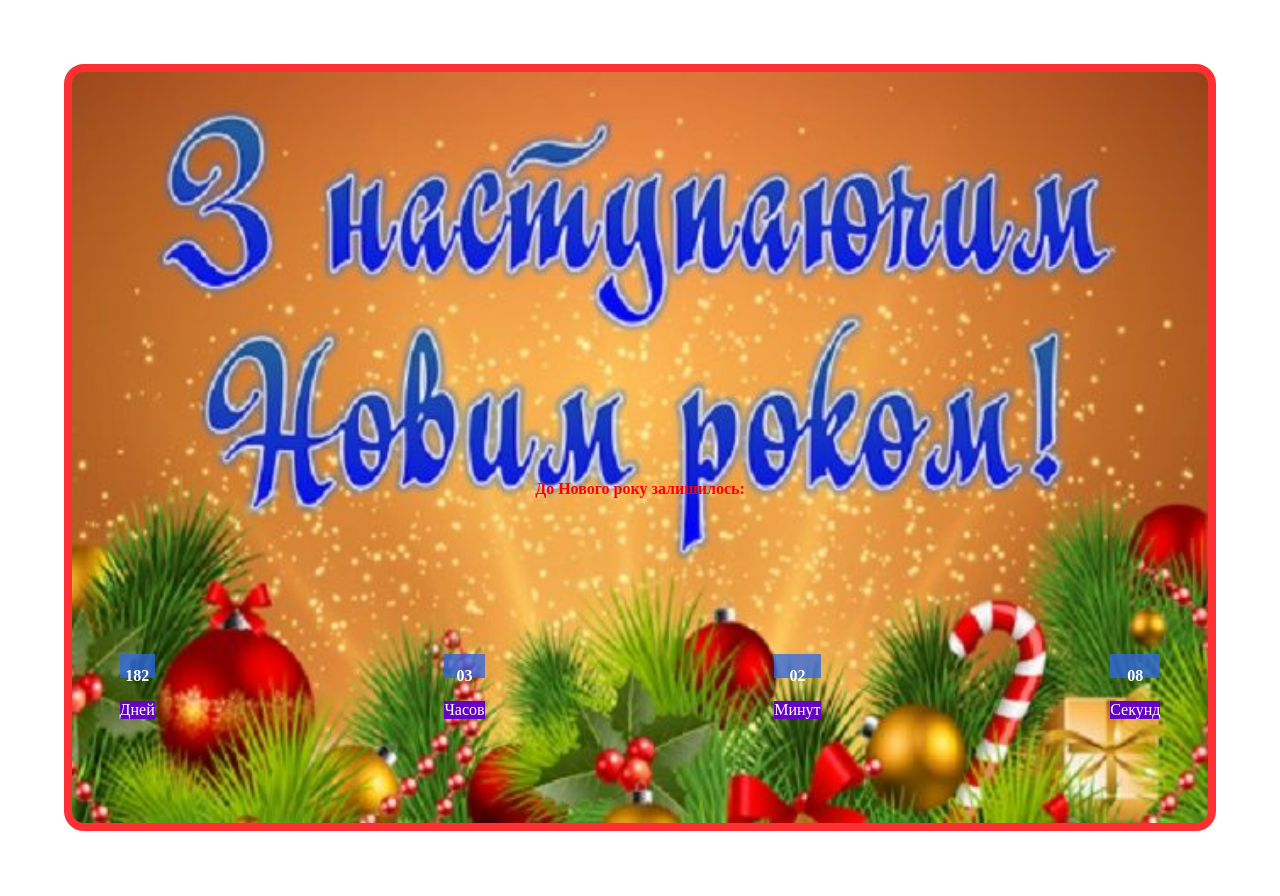
Repository: KonstantinKhamilov/JavaScript11-new-year
Page: index.html
An editor plug-in stored every save of this project. The page is shown before and after the next save, followed by the edit.
The browser window is 1280 px wide. The pictures show the whole page.

Above is the page before, as saved 2024-12-29 18:04:24.

After the next save:
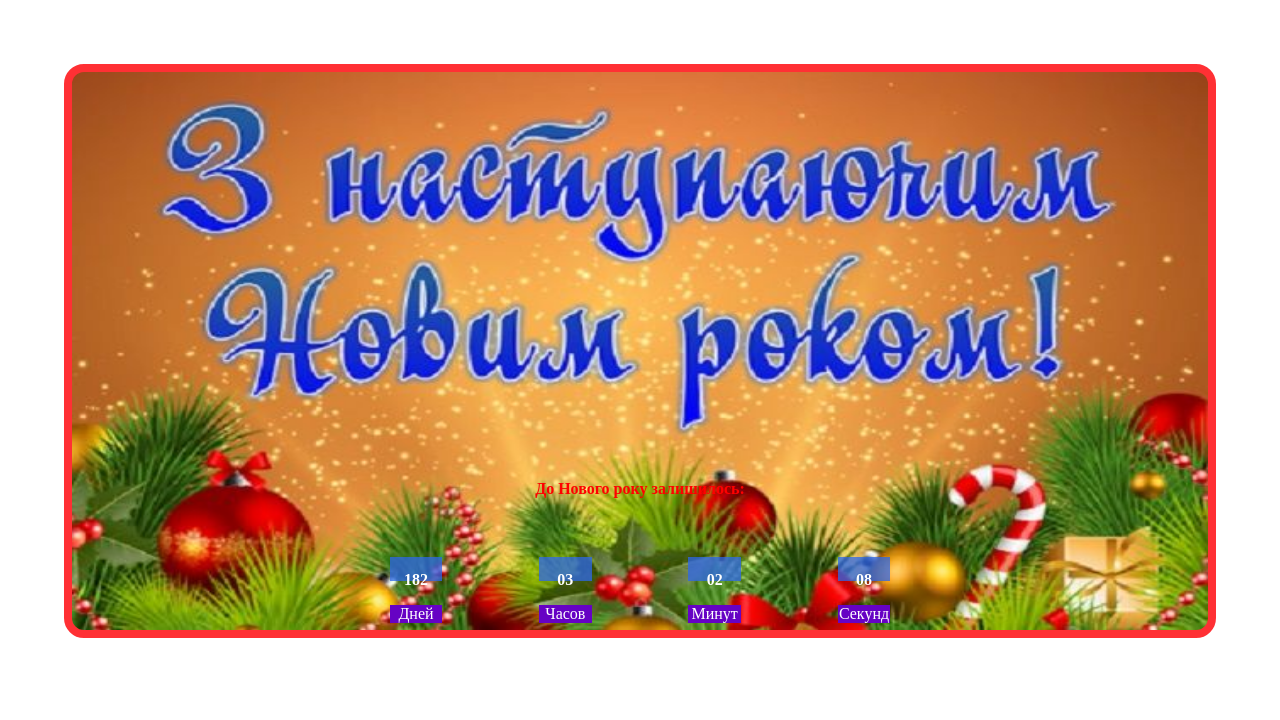
Saved 8 s later.
--- a/newYear.css
+++ b/newYear.css
@@ -37,7 +37,7 @@ body {
     background-color: rgb(46, 103, 234, 0.75);
     width: 3.3em;
     height: 1.5em;
-    margin: 15%;
+    margin: 5%;
   }
 
   h2 {
